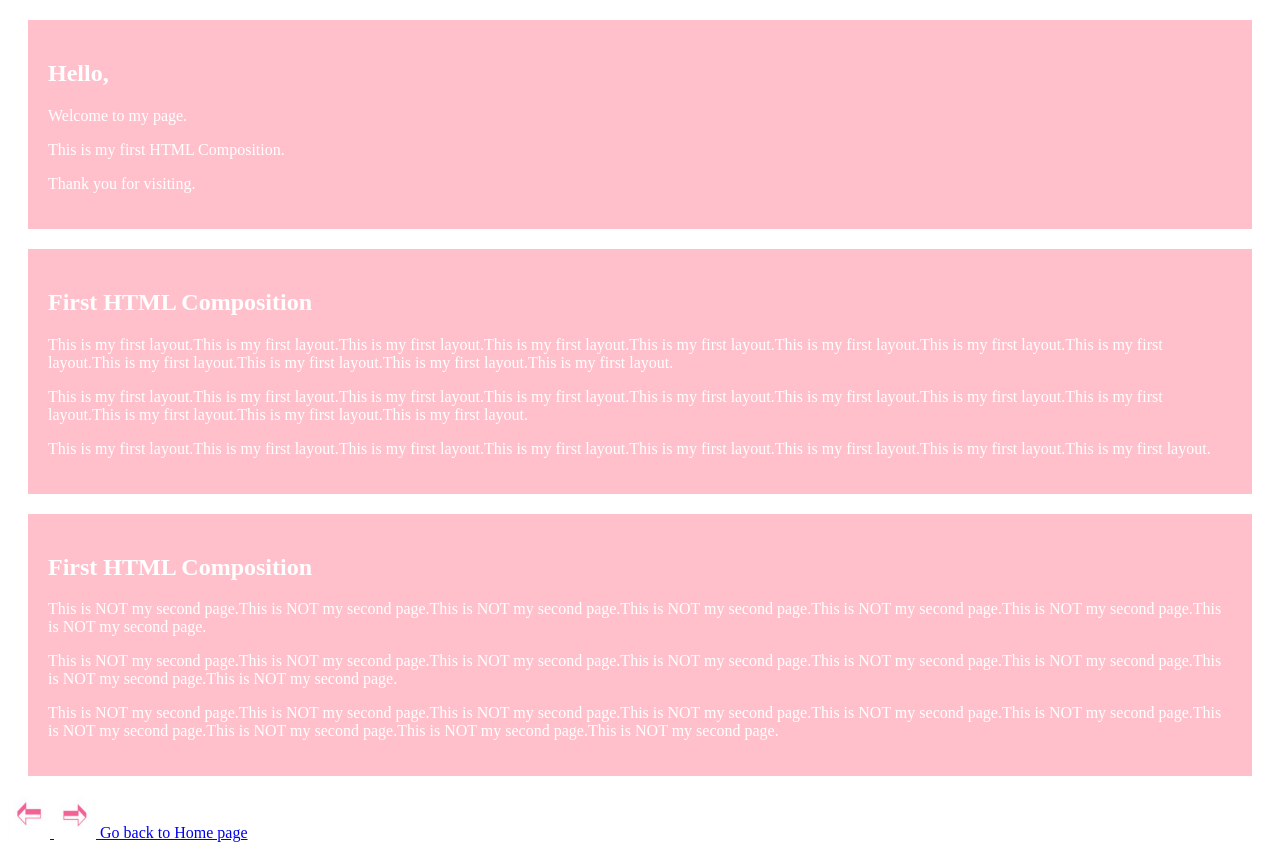
Repository: hyereechoi/hyereechoi.github.io
Page: h1.html
The author's editor kept a record of every edit. The page is drawn from the files as they stood at one moment, then again after the next edit.
The browser window is 1280 px wide. The pictures show the whole page.

Above is the page before.

### h1.html
<!DOCTYPE html>
<html>
<head>
<style>
.cities {
    background-color:pink;
    color:white;
    margin:20px;
    padding:20px;
}
</style>
</head>

<body>

<div class="cities">
<h2>Hello,</h2>

<p>Welcome to my page.</p>

<p>This is my first HTML Composition.</p>

<p>Thank you for visiting.
</div>

<div class="cities">
<h2>First HTML Composition</h2>

<p>This is my first layout.This is my first layout.This is my first layout.This is my first layout.This is my first layout.This is my first layout.This is my first layout.This is my first layout.This is my first layout.This is my first layout.This is my first layout.This is my first layout.</p>

<p>This is my first layout.This is my first layout.This is my first layout.This is my first layout.This is my first layout.This is my first layout.This is my first layout.This is my first layout.This is my first layout.This is my first layout.This is my first layout.</p>

<p>This is my first layout.This is my first layout.This is my first layout.This is my first layout.This is my first layout.This is my first layout.This is my first layout.This is my first layout.</p>
</div>

<div class="cities">
<h2>First HTML Composition</h2>

<p>This is NOT my second page.This is NOT my second page.This is NOT my second page.This is NOT my second page.This is NOT my second page.This is NOT my second page.This is NOT my second page.</p>

<p>This is NOT my second page.This is NOT my second page.This is NOT my second page.This is NOT my second page.This is NOT my second page.This is NOT my second page.This is NOT my second page.This is NOT my second page.</p>

<p>This is NOT my second page.This is NOT my second page.This is NOT my second page.This is NOT my second page.This is NOT my second page.This is NOT my second page.This is NOT my second page.This is NOT my second page.This is NOT my second page.This is NOT my second page.</p>
</div>



<a href="index.html">
<img src="pre.jpg" style="width:42px;height:42px;border:0">
</a>



<a href="h3.html">
<img src="next.jpg" style="width:42px;height:42px;border:0">
</a>


<a href="index.html">Go back to Home page</a>

</body>
</html>

After the next edit:
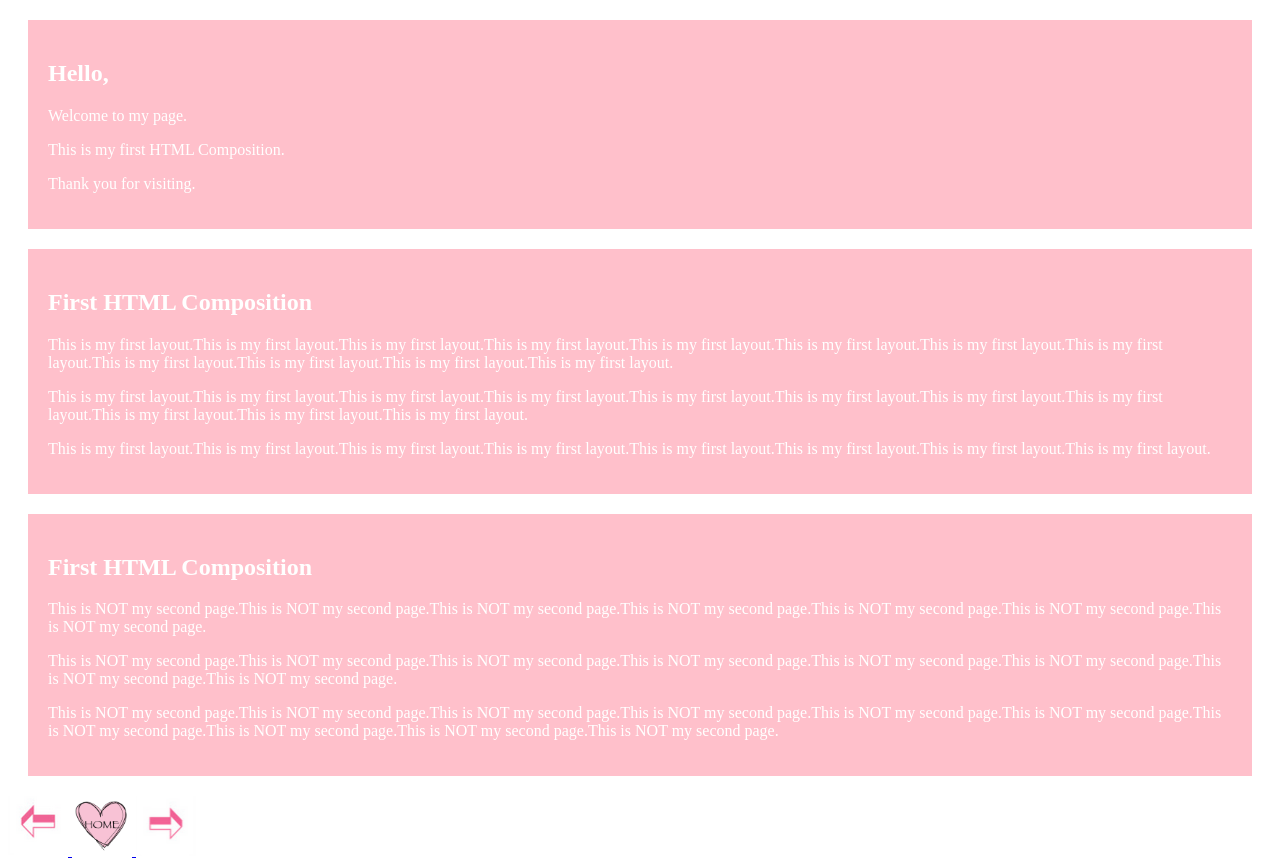
The edit:
--- a/h1.html
+++ b/h1.html
@@ -46,17 +46,18 @@
 
 
 <a href="index.html">
-<img src="pre.jpg" style="width:42px;height:42px;border:0">
+<img src="pre.jpg" style="width:60px;height:60px;border:0">
+</a>
+
+<a href="index.html">
+<img src="home.jpg" style="width:60px;height:60px;border:0">
 </a>
 
 
-
 <a href="h3.html">
-<img src="next.jpg" style="width:42px;height:42px;border:0">
+<img src="next.jpg" style="width:60px;height:60px;border:0">
 </a>
 
 
-<a href="index.html">Go back to Home page</a>
-
 </body>
 </html>
